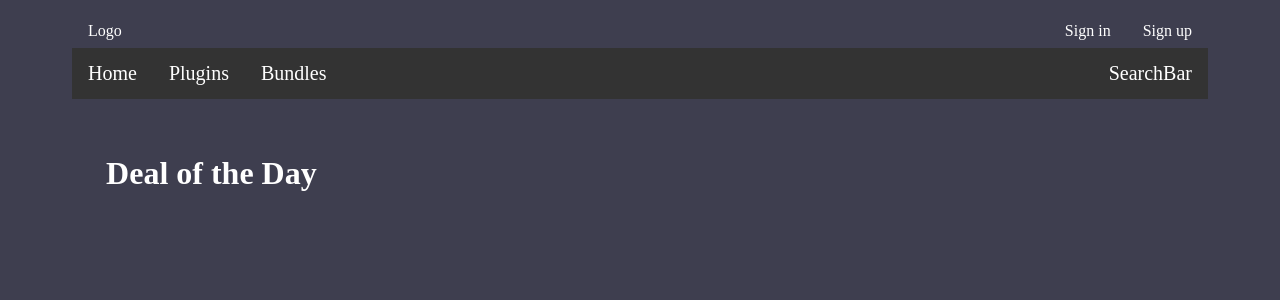
Repository: jigom11791/Wavez
Page: Wavez/Waves-Site/index.html
The author's editor kept a copy of each file at every save. The page is drawn from the files as they stood at one save, then again after the next save.
The browser window is 1280 px wide. The pictures show the whole page.

Above is the page before, as saved 2020-10-30 18:15:55.

After the next save:
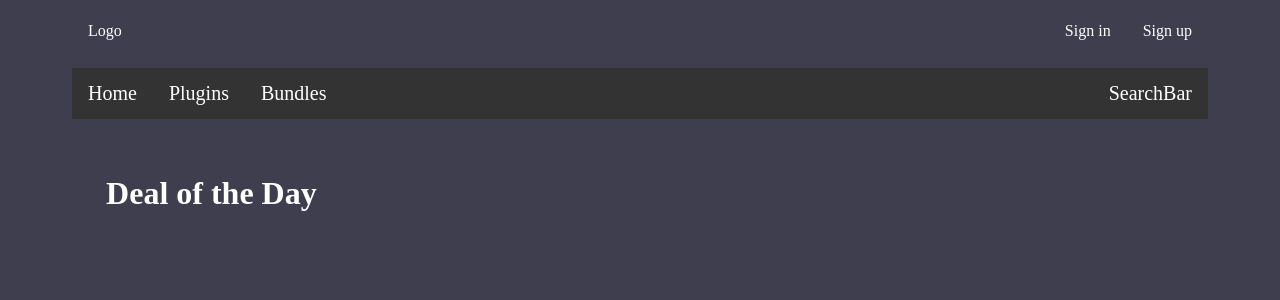
Saved 8 s later.
--- a/Wavez/Waves-Site/style.css
+++ b/Wavez/Waves-Site/style.css
@@ -16,7 +16,7 @@ ul.topnav, ul.header{
     width: 100%;
 }
 .header {
-    height: 40px;
+    height: 60px;
 }
 ul.topnav {
     background-color: #333;
